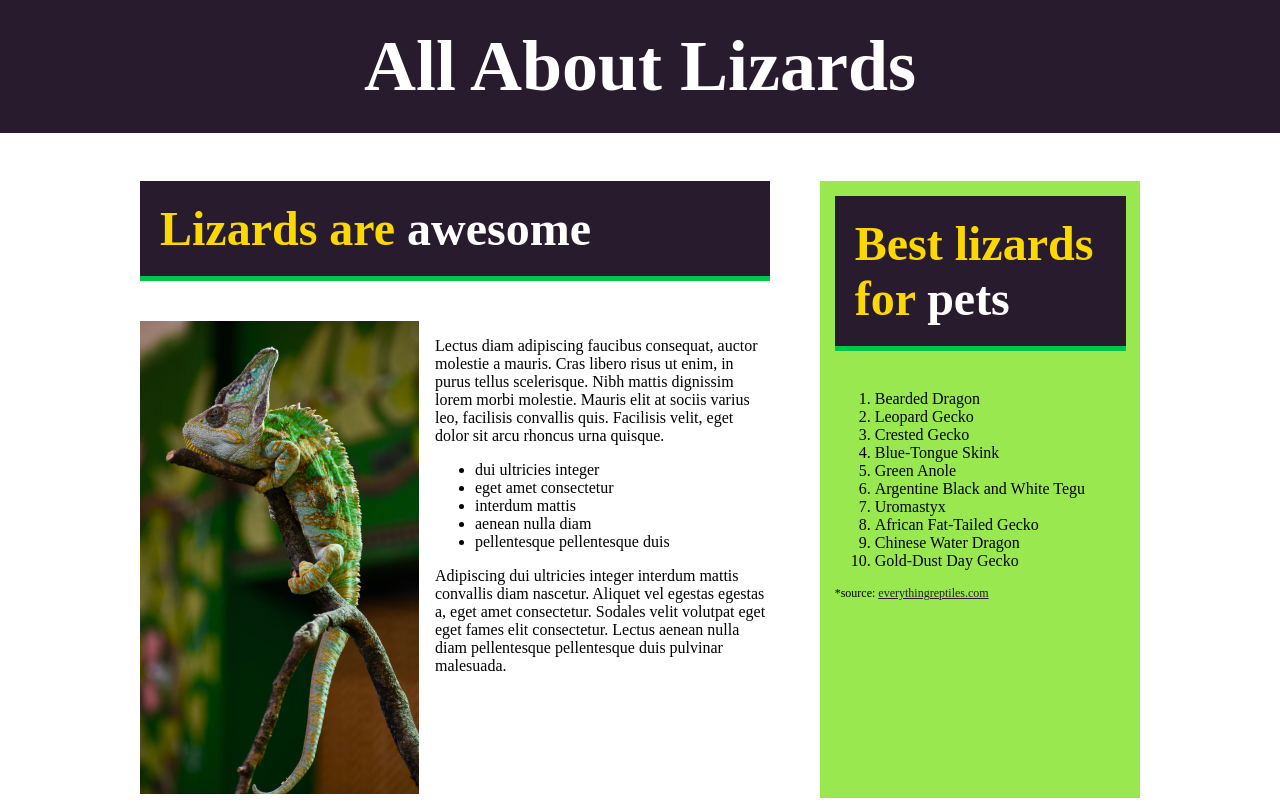
Repository: Doumham-Armah/lizards-landing--page
Page: index.html
An editor plug-in stored every save of this project. The page is shown before and after the next save, followed by the edit.
The browser window is 1280 px wide. The pictures show the whole page.

Above is the page before, as saved 2021-08-10 16:19:58.

### index.html
<!DOCTYPE html>
<html>
  <head>
    <title>All about lizards</title>
    <link href="css/style.css" rel="stylesheet" />
  </head>
  <body>
    <header>
      <h1>All About Lizards</h1>
    </header>

    <main>
      <div class="container">
        <div class="columns">
          <section class="main-content">
            <h2 class="subhead">
              Lizards are <span class="white-text">awesome</span>
            </h2>

            <div class="columns">
              <div class="col-left">
                <img
                  src="images/chameleon.jpg"
                  alt="a chameleon climbing a branch"
                />
              </div>

              <div class="col-right">
                <p>
                  Lectus diam adipiscing faucibus consequat, auctor molestie a
                  mauris. Cras libero risus ut enim, in purus tellus
                  scelerisque. Nibh mattis dignissim lorem morbi molestie.
                  Mauris elit at sociis varius leo, facilisis convallis quis.
                  Facilisis velit, eget dolor sit arcu rhoncus urna quisque.
                </p>

                <!-- insert the unordered list here -->
                <ul>
                  <li>dui ultricies integer</li>
                  <li>eget amet consectetur</li>
                  <li>interdum mattis</li>
                  <li>aenean nulla diam</li>
                  <li>pellentesque pellentesque duis</li>
                </ul>

                <p>
                  Adipiscing dui ultricies integer interdum mattis convallis
                  diam nascetur. Aliquet vel egestas egestas a, eget amet
                  consectetur. Sodales velit volutpat eget eget fames elit
                  consectetur. Lectus aenean nulla diam pellentesque
                  pellentesque duis pulvinar malesuada.
                </p>
              </div>
            </div>
          </section>

          <aside class="sidebar">
            <h2 class="subhead">
              Best lizards for <span class="white-text">pets</span>
            </h2>
            <!-- insert the ordered list here -->
            <ol>
              <li>Bearded Dragon</li>
              <li>Leopard Gecko</li>
              <li>Crested Gecko</li>
              <li>Blue-Tongue Skink</li>
              <li>Green Anole</li>
              <li>Argentine Black and White Tegu</li>
              <li>Uromastyx</li>
              <li>African Fat-Tailed Gecko</li>
              <li>Chinese Water Dragon</li>
              <li>Gold-Dust Day Gecko</li>
            </ol>
            <p class="source">
              *source:
              <a href="https://www.everythingreptiles.com/20-best-pet-lizards/"
                >everythingreptiles.com</a
              >
            </p>
          </aside>
        </div>
        <!-- close columns -->
      </div>
      <!-- close container -->
    </main>
  </body>
</html>

### css/style.css
body {
  margin: 0;
  margin-bottom: 0.5rem;
}

/* solution with h1 only */

h1 {
  background-color: #281b2d;
  color: #fff;
  text-align: center;
  font-size: 72px;
  margin-top: 0;
  padding: 25px 0;
}

a {
  color: #281b2d;
}

a:hover {
  color: #fff;
}

.subhead {
  background-color: #281b2d;
  color: #fcd801;
  font-size: 48px;
  padding: 20px;
  border-bottom: 5px solid #00c54c;
  margin-top: 0;
}

.white-text {
  color: #fff;
}

.container {
  max-width: 62.5rem;
  margin: 0 auto;
  padding: 0 1.5rem;
}

.columns {
  display: flex;
}

.col-right {
  margin-left: 1rem;
}

.main-content {
  width: 65%;
  margin-right: 5%;
}

.sidebar {
  width: 30%;
}

.sidebar {
  background-color: #9ae84f;
  padding: 0.9rem;
  box-shadow: 5px grey;
}
.source {
  font-size: 12px;
}

After the next save:
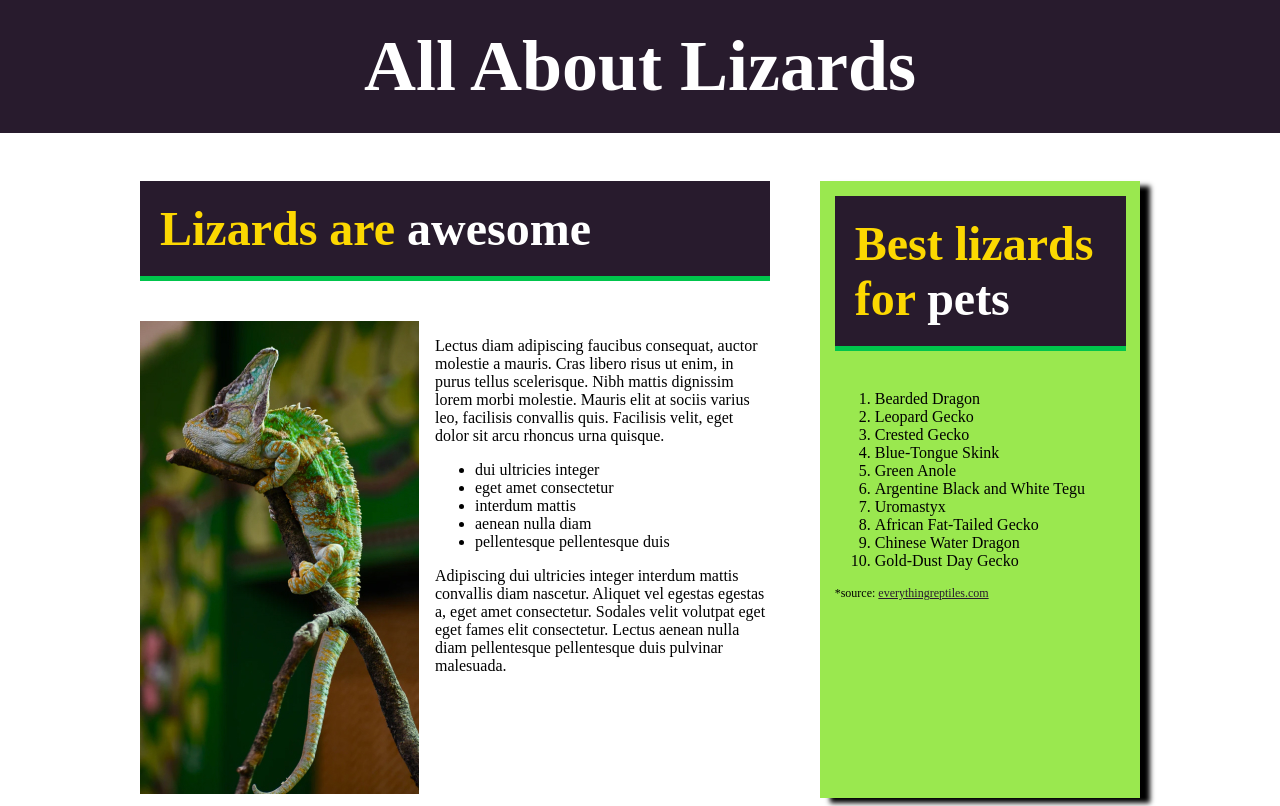
Saved 29 s later.
--- a/css/style.css
+++ b/css/style.css
@@ -61,7 +61,7 @@ a:hover {
 .sidebar {
   background-color: #9ae84f;
   padding: 0.9rem;
-  box-shadow: 5px grey;
+  box-shadow: 10px 5px 5px black;
 }
 .source {
   font-size: 12px;
